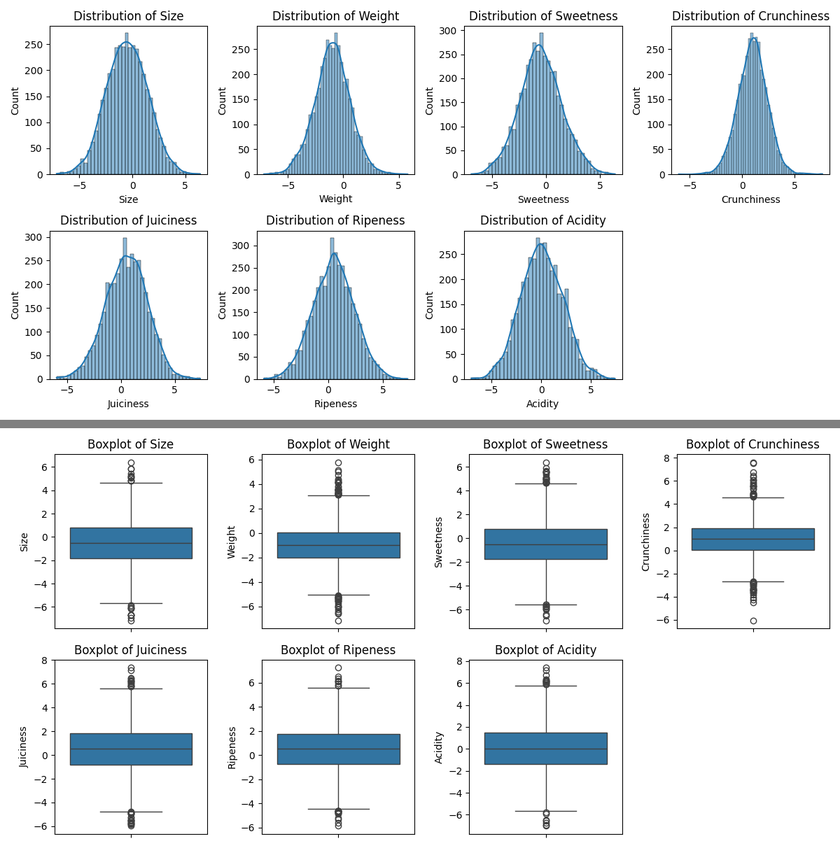
Repository: sjetti5555/GenAi
Script's output: python Training/AllDomains/appleQualitycopy1.py
An editor plug-in stored every save of this project. The script's output is shown before and after the next save, followed by the edit.
The pictures are shown at 70% of full size.
Each picture stacks the figures in order, with grey between them; figures that are only written to a file come last. Random numbers start from a fixed seed.

Above is the script's output before, as saved 2024-10-26 10:49:58.

### Training/AllDomains/appleQualitycopy1.py
import pandas as pd
import matplotlib.pyplot as plt
import seaborn as sns
from sklearn.model_selection import train_test_split
from sklearn.ensemble import RandomForestRegressor
from sklearn.metrics import mean_squared_error, r2_score
import numpy as np

# Load the dataset
file_path = r'C:\Users\srira\OneDrive\Desktop\Gen_AI\Training\AllDomains\apple_quality.csv' # Update this path
data = pd.read_csv(file_path)

# Display the first few rows of the dataset
print("First few rows of the dataset:")
print(data.head())

print(data.info())

# Display basic statistics
print("\nBasic statistics:")
print(data.describe())

# Check for missing values
print("\nMissing values in each column:")
print(data.isnull().sum())

# Visualize distributions of specific numeric features
features_of_interest = ['Size', 'Weight', 'Sweetness', 'Crunchiness', 'Juiciness', 'Ripeness', 'Acidity']
numeric_data = data[features_of_interest]

plt.figure(figsize=(12, 6))
for i, column in enumerate(numeric_data.columns):
    plt.subplot(2, (len(numeric_data.columns) + 1) // 2, i + 1)
    sns.histplot(numeric_data[column], kde=True)
    plt.title(f'Distribution of {column}')
plt.tight_layout()
plt.show()

# Draw boxplots for outliers
plt.figure(figsize=(12, 6))
for i, column in enumerate(numeric_data.columns):
    plt.subplot(2, (len(numeric_data.columns) + 1) // 2, i + 1)
    sns.boxplot(y=numeric_data[column])
    plt.title(f'Boxplot of {column}')
plt.tight_layout()
plt.show()

Loaded but not shown: Training/AllDomains/apple_quality.csv (4001 lines, source omitted)

After the next save:
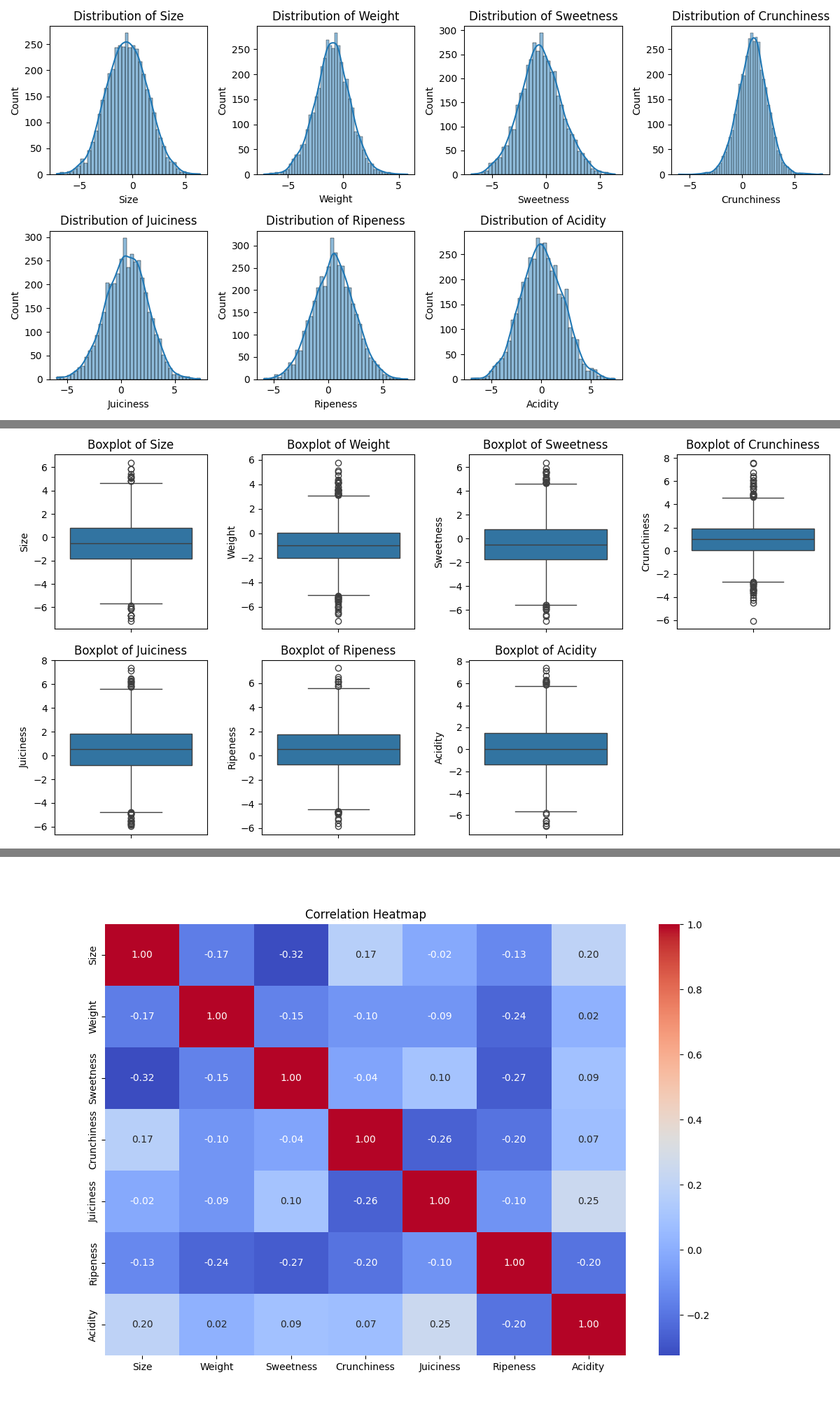
Saved 20 s later.
--- a/Training/AllDomains/appleQualitycopy1.py
+++ b/Training/AllDomains/appleQualitycopy1.py
@@ -44,3 +44,10 @@ for i, column in enumerate(numeric_data.columns):
     plt.title(f'Boxplot of {column}')
 plt.tight_layout()
 plt.show()
+
+# Correlation heatmap
+correlation_matrix = numeric_data.corr()
+plt.figure(figsize=(12, 8))
+sns.heatmap(correlation_matrix, annot=True, fmt=".2f", cmap='coolwarm')
+plt.title('Correlation Heatmap')
+plt.show()
